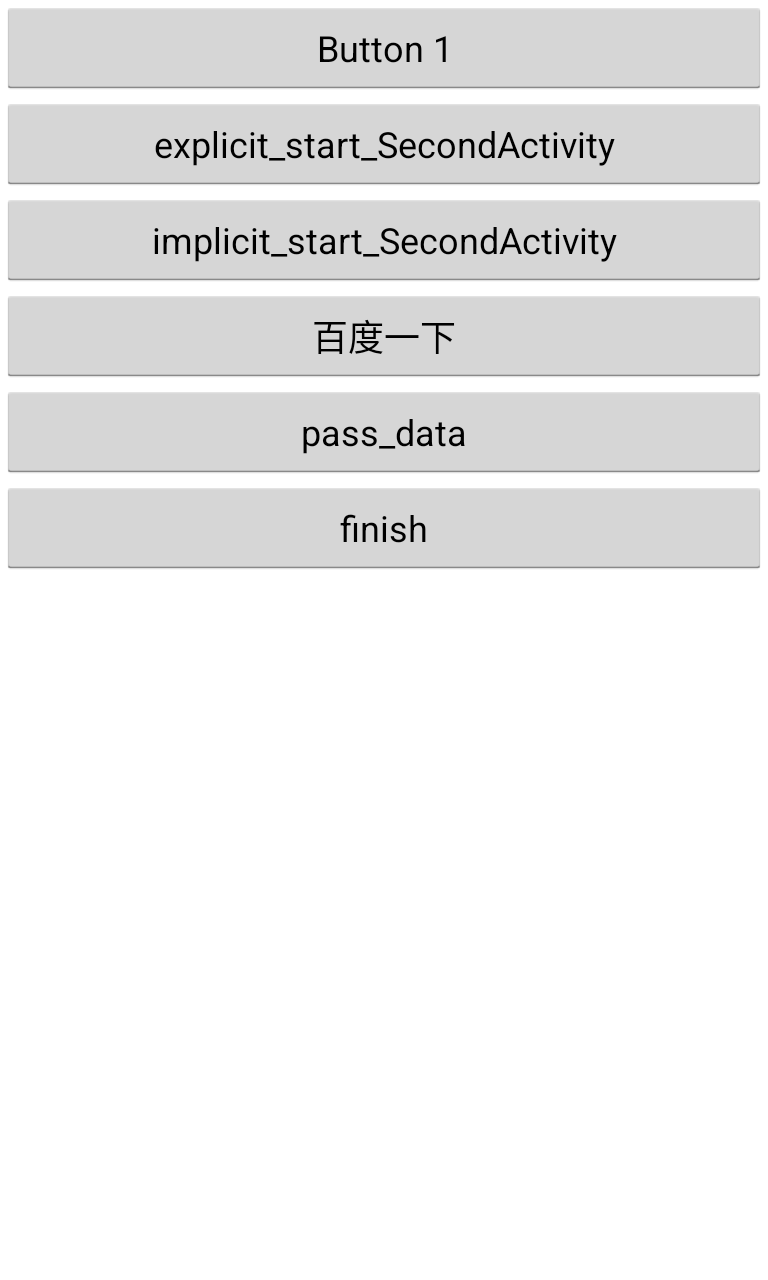
Repository: hohoTT/Android_summarize
Layout: ActivityTest/res/layout/first_layout.xml
These files come from the project's save history. The layout is drawn as it stood at one moment and after the next save; the edit follows.
It is drawn on a 768 x 1280 px phone screen (xhdpi) without system bars, with theme AppTheme; the app's code is not run.

Above is the layout before, as saved 2016-02-22 05:49:02.

After the next save:
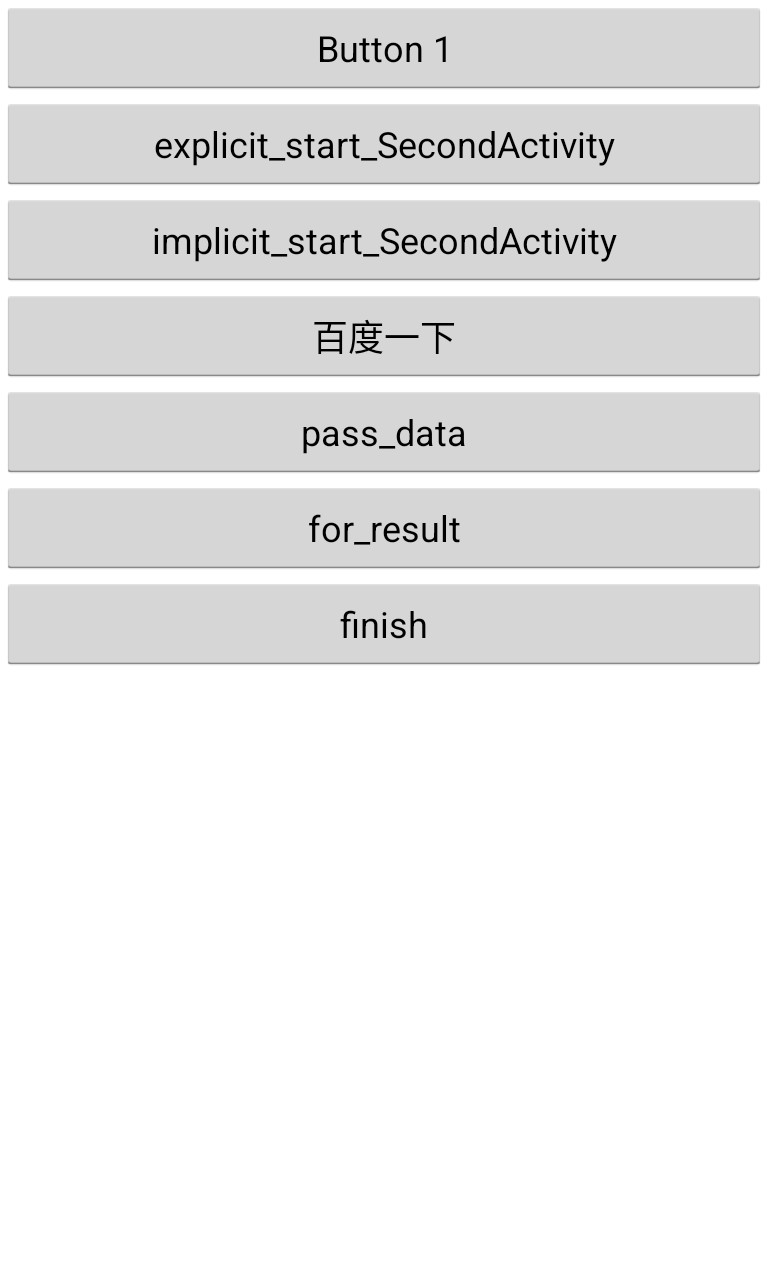
Saved 17 min 4 s later.
--- a/ActivityTest/res/layout/first_layout.xml
+++ b/ActivityTest/res/layout/first_layout.xml
@@ -35,6 +35,12 @@
         android:text="pass_data" />
 
     <Button
+        android:id="@+id/button_for_result"
+        android:layout_width="match_parent"
+        android:layout_height="wrap_content"
+        android:text="for_result" />
+
+    <Button
         android:id="@+id/button_finish"
         android:layout_width="match_parent"
         android:layout_height="wrap_content"
